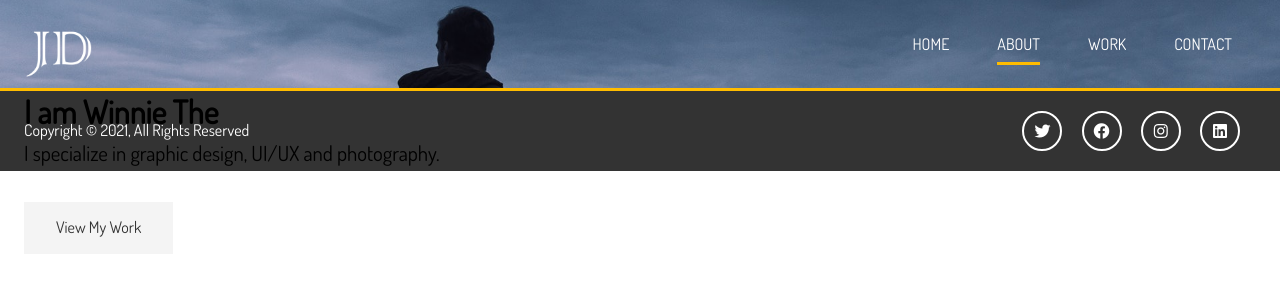
Repository: minhtien9/Portfolio_Website
Page: diet/about.html
The author's editor kept a copy of each file at every save. The page is drawn from the files as they stood at one save, then again after the next save.
The browser window is 1280 px wide. The pictures show the whole page.

Above is the page before, as saved 2021-08-29 10:35:40.

After the next save:
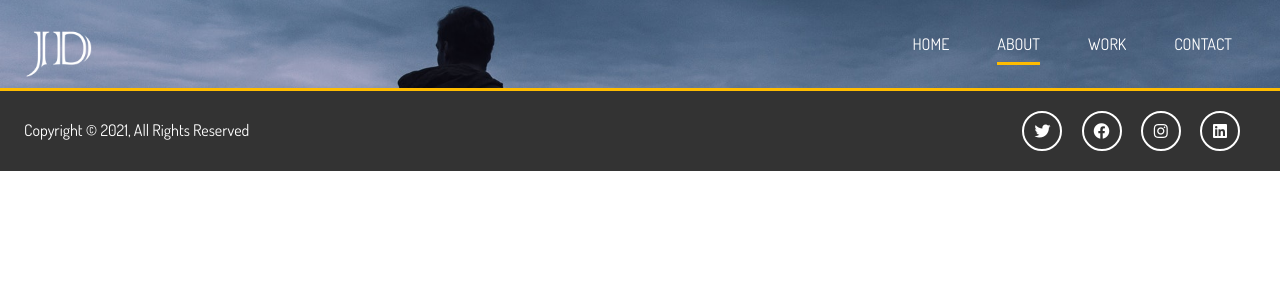
Saved 24 s later.
--- a/diet/about.html
+++ b/diet/about.html
@@ -31,20 +31,6 @@
             <li><a href="contact.html">Contact</a></li>
           </ul>
         </nav>
-        <div class="header-content">
-          <h1>
-            I am Winnie The
-            <span
-              class="txt-type"
-              data-wait="3000"
-              data-works='["Photographer","Designer","IU/IX Dev"]'
-            ></span>
-          </h1>
-          <p class="lead">
-            I specialize in graphic design, UI/UX and photography.
-          </p>
-          <a href="work.html" class="btn-light">View My Work</a>
-        </div>
       </div>
     </header>
 
